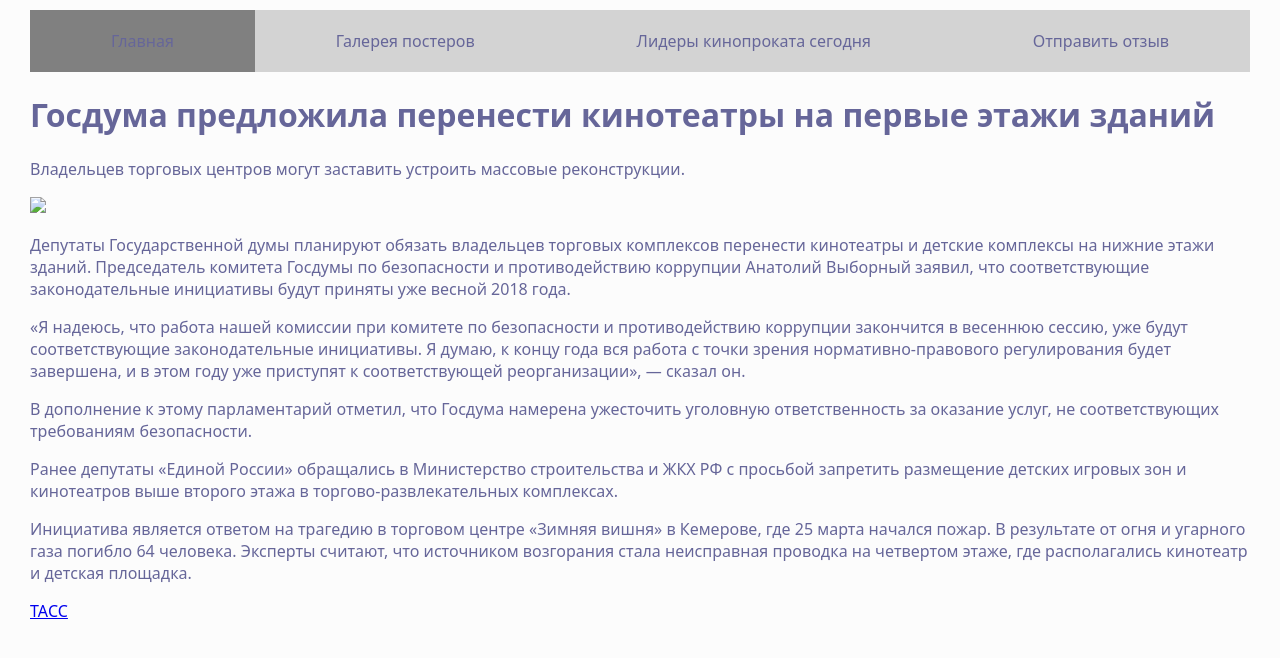
Repository: nasty-97/courseWeb
Page: http://localhost/gosduma.php
The author's editor kept a record of every edit. The page is drawn from the files as they stood at one moment, then again after the next edit.
The browser window is 1280 px wide. The pictures show the whole page.
The page is run by PHP 8.4 with error messages shown; the project is at /var/www/html/.

Above is the page before.

### gosduma.php
<!DOCTYPE html>
<html>
	<head>
		<meta charset="utf-8">
		<link rel="stylesheet" href="style.css">
		<title>Главная</title>
				<style type="text/css">
			@media (max-width: 900px) and (min-width: 561px) {
			  .col {
			    width: 50%;
			  }
			}

			@media (max-width: 560px) and (min-width: 370px) {
			  .col {
			    width: 100%;
			  }
			  .menu__list-link {
			    font-size: 14px;
			    padding: 5px;
			    width: 84%;
			  }
			  .menu {
			    width: 102%;
			    padding: 3px;
			  }
			  p {
			    width: 100%;
			  }
			  .gallery_item {

			  }
			}
			@media (max-width: 369px) {
			  .col {
			    width: 109%;
			  }
			  .menu__list-link {
			    font-size: 12px;
			    padding: 5px;
			    width: 84%;
			}
			  .menu {
			    width: 109%;
			    padding: 0;
			}
			  p {
			    width: 109%;
			  }
			}
	</style>
	</head>
	<body>
		<nav class="menu">
			<menu class="menu__list">
				<li class="menu__list-item" id="current"><a href="main.php" class="menu__list-link">Главная</a></li>
				<li class="menu__list-item"><a href="item_2.php" class="menu__list-link">Галерея постеров</a></li>
				<li class="menu__list-item"><a href="item_3.php" class="menu__list-link">Лидеры кинопроката сегодня</a></li>
				<li class="menu__list-item"><a href="item_4.php" class="menu__list-link">Отправить отзыв</a></li>
			</menu>
		</nav>
		<h1>Госдума предложила перенести кинотеатры на первые этажи зданий</h1>
		<p>
			Владельцев торговых центров могут заставить устроить массовые реконструкции.
		</p>
		<img class="gallery" src="https://st.kp.yandex.net/images/news/mid_3146915_01_201804021146257438.jpg">
		<p>
			Депутаты Государственной думы планируют обязать владельцев торговых комплексов перенести кинотеатры и детские комплексы на нижние этажи зданий. Председатель комитета Госдумы по безопасности и противодействию коррупции Анатолий Выборный заявил, что соответствующие законодательные инициативы будут приняты уже весной 2018 года.
		</p>
		<p>
			«Я надеюсь, что работа нашей комиссии при комитете по безопасности и противодействию коррупции закончится в весеннюю сессию, уже будут соответствующие законодательные инициативы. Я думаю, к концу года вся работа с точки зрения нормативно-правового регулирования будет завершена, и в этом году уже приступят к соответствующей реорганизации», — сказал он.
		</p>
		<p>
			В дополнение к этому парламентарий отметил, что Госдума намерена ужесточить уголовную ответственность за оказание услуг, не соответствующих требованиям безопасности.
		</p>
		<p>
			Ранее депутаты «Единой России» обращались в Министерство строительства и ЖКХ РФ с просьбой запретить размещение детских игровых зон и кинотеатров выше второго этажа в торгово-развлекательных комплексах.
		</p>
		<p>
			Инициатива является ответом на трагедию в торговом центре «Зимняя вишня» в Кемерове, где 25 марта начался пожар. В результате от огня и угарного газа погибло 64 человека. Эксперты считают, что источником возгорания стала неисправная проводка на четвертом этаже, где располагались кинотеатр и детская площадка.
		</p>
		<a href="http://tass.ru/obschestvo/5086514">ТАСС</a>
	</body>
</html>

### style.css
body {
	/*padding: 0;*/
	margin: 0;
	font-family: 'Noto Sans', sans-serif;
	background-color: #fcfcfc;
	padding: 10px 30px;
	color: #669;
}
.menu__list {
	padding: 0;
	margin: 0;
	box-sizing: border-box;
	background: lightgrey;
	display: flex;
	justify-content: space-around;
	list-style-type: none;
}
.menu__list-item {
	flex-grow: 1;
	box-sizing: border-box;
	text-align: center;
}
.menu__list-link {
	color: #669;
	display: block;
	padding: 20px;
	text-decoration: none;
}
.menu__list-link:hover {
	background: grey;
}
.menu__list-link:active {
	background: grey;
}
#current {
	background: grey;
}

.col {
        float: left;
        width: 25%;
      }
      .col > div:hover {
        box-shadow: 0 0 3px #666, 0 0 5px #ccc;
        cursor: pointer;
      }
      .col > div {
        margin: 10px;
      }
      .col img {
        width: 100%;
        height: 200px;
        object-fit: cover;
        object-position: 50% 100%;
        display: block;
      }
      .col-text > div {
        height: 100px;
        overflow: hidden;
      }
      .col-text {
        border: 1px solid #ccc;
        background: #eee;
        color: #669;
        border-top: 0;
        padding: 10px;
        text-align: justify;
}

.gallery > img {
	object-fit: cover;
	object-position: 50%;
}

.gallery__item > img {
	-o-object-fit: fill;
     object-fit: fill;
  	object-position: 50%;
  	padding-right: 29px;
  	padding-left: 0px;
  	padding-top: 20px;
}

#wrapper #leftcol input {
    width: 40%;
    margin-left: 30%;
    float: left;
    border-radius: 5px;
    border: 2px solid silver;
    padding: 5px;
    color: #669;
    margin-bottom: 10px;
    font-size: 1.2em;
}

#wrapper #leftcol input:focus, #wrapper #leftcol textarea:focus {
    border: 2px solid #f78080;
}

#wrapper #leftcol input#done:hover {
    border: 2px solid #f8d881;
    cursor: pointer;
}

#wrapper #leftcol textarea {
    width: 50%;
    height: 150px;
    margin-left: 25%;
    float: left;
    border-radius: 5px;
    border: 2px solid silver;
    padding: 5px;
    color: #669;
    margin-bottom: 10px;
    font-size: 1.2em;
    resize: none;
}

table {
  font-family: "Lucida Sans Unicode", "Lucida Grande", Sans-Serif;
  font-size: 14px;
  background: #fcfcfc;
  border-collapse: collapse;
  text-align: left;
}
th {
  font-weight: normal;
  color: #039;
  border-bottom: 2px solid #6678b1;
  padding: 10px 8px;
}
td {
  border-bottom: 1px solid #ccc;
  color: #669;
  padding: 9px 8px;
  transition: .3s linear;
  text-align: center;
}
tr:hover td{
  color: #6699ff;
}
caption {
caption-side: top;
color: #669;
text-align: center;
padding: 10px 0;
font-size: 21px;
}

a:focus, a:active, a:hover {
	text-decoration: none;
	color: white;
}
a:hover {
	color: #6a95b7;
}
a:visited {
	color: #669;
}

@media (min-width: 1200px) {
  .gallery__item > img {
    width: 225px;
    height: 300px;
  }
}
@media (min-width: 992px) and (max-width: 1199px) {
  .gallery__item > img {
    width: 225px;
    height: 300px;
  }
}
@media (min-width: 768px) and (max-width: 991px) {
  .gallery__item > img {
    width: 225px;
    height: 300px;
  }
}
@media (max-width: 519px) {
  .gallery__item > img {
    width: 180px;
    height: 250px;
  }
}
@media (max-width: 767px) and (min-width: 520px) {
  .gallery__item > img {
    width: 190px;
    height: 300px;
  }
}

After the next edit:
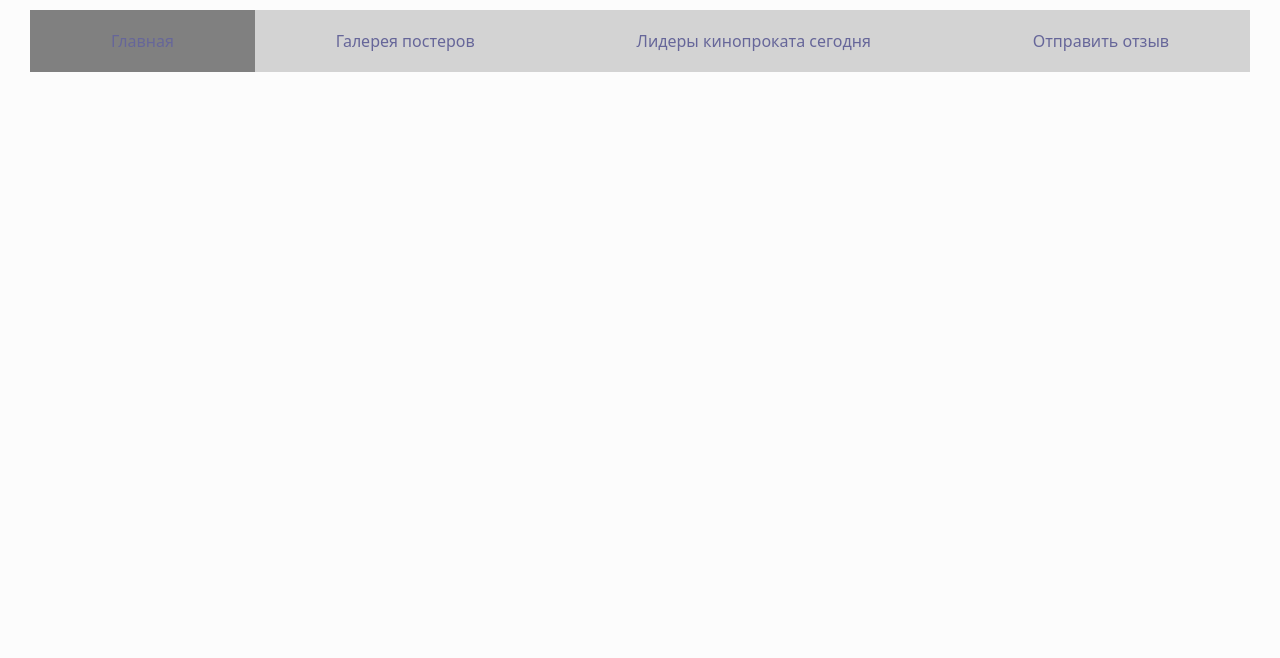
The edit:
--- a/gosduma.php
+++ b/gosduma.php
@@ -59,26 +59,6 @@
 				<li class="menu__list-item"><a href="item_4.php" class="menu__list-link">Отправить отзыв</a></li>
 			</menu>
 		</nav>
-		<h1>Госдума предложила перенести кинотеатры на первые этажи зданий</h1>
-		<p>
-			Владельцев торговых центров могут заставить устроить массовые реконструкции.
-		</p>
-		<img class="gallery" src="https://st.kp.yandex.net/images/news/mid_3146915_01_201804021146257438.jpg">
-		<p>
-			Депутаты Государственной думы планируют обязать владельцев торговых комплексов перенести кинотеатры и детские комплексы на нижние этажи зданий. Председатель комитета Госдумы по безопасности и противодействию коррупции Анатолий Выборный заявил, что соответствующие законодательные инициативы будут приняты уже весной 2018 года.
-		</p>
-		<p>
-			«Я надеюсь, что работа нашей комиссии при комитете по безопасности и противодействию коррупции закончится в весеннюю сессию, уже будут соответствующие законодательные инициативы. Я думаю, к концу года вся работа с точки зрения нормативно-правового регулирования будет завершена, и в этом году уже приступят к соответствующей реорганизации», — сказал он.
-		</p>
-		<p>
-			В дополнение к этому парламентарий отметил, что Госдума намерена ужесточить уголовную ответственность за оказание услуг, не соответствующих требованиям безопасности.
-		</p>
-		<p>
-			Ранее депутаты «Единой России» обращались в Министерство строительства и ЖКХ РФ с просьбой запретить размещение детских игровых зон и кинотеатров выше второго этажа в торгово-развлекательных комплексах.
-		</p>
-		<p>
-			Инициатива является ответом на трагедию в торговом центре «Зимняя вишня» в Кемерове, где 25 марта начался пожар. В результате от огня и угарного газа погибло 64 человека. Эксперты считают, что источником возгорания стала неисправная проводка на четвертом этаже, где располагались кинотеатр и детская площадка.
-		</p>
-		<a href="http://tass.ru/obschestvo/5086514">ТАСС</a>
+
 	</body>
 </html>
